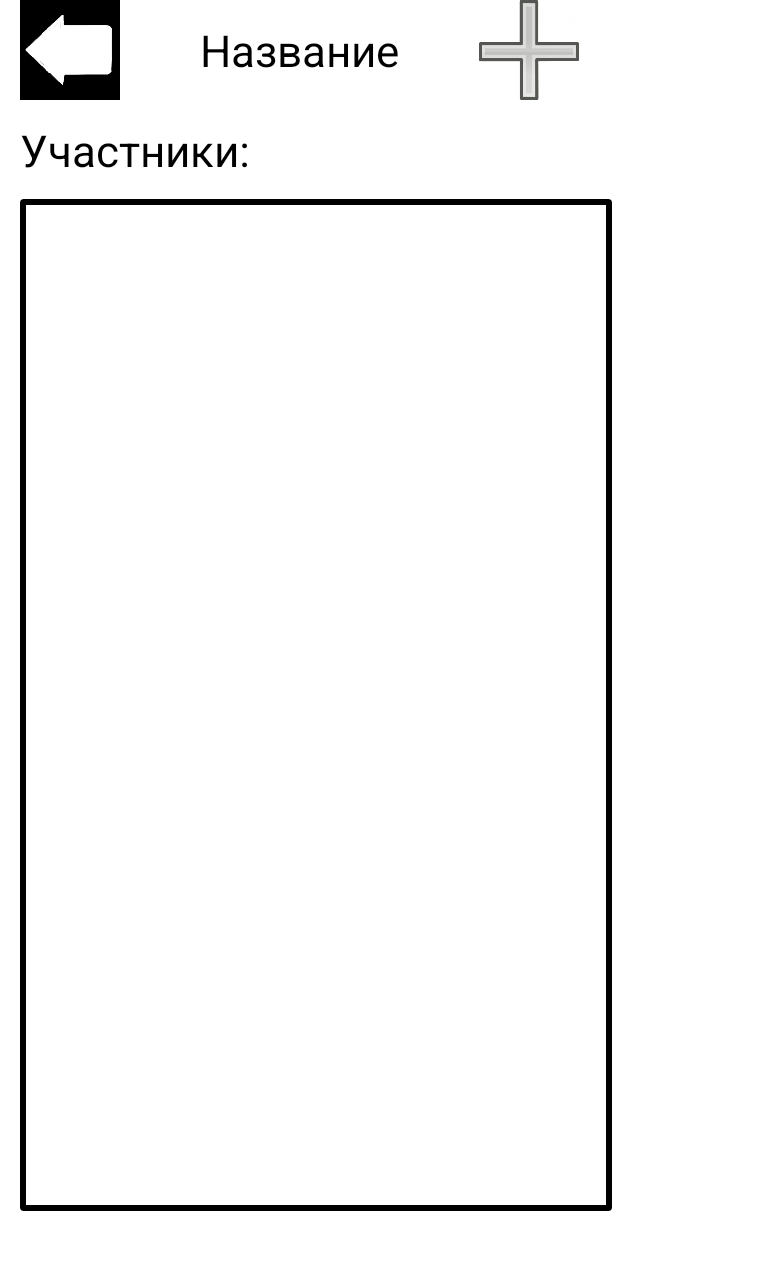
Repository: webguild/RedmineMobile
Layout: Android/RedmineAndroid/res/layout/project_settings_worker.xml
These files come from the project's save history. The layout is drawn as it stood at one moment and after the next save; the edit follows.
It is drawn on a 768 x 1280 px phone screen (xhdpi) without system bars, with theme AppTheme; the app's code is not run. Lists and similar views that code fills are empty.

Above is the layout before, as saved 2013-01-21 14:55:56.

### Android/RedmineAndroid/res/layout/project_settings_worker.xml
<?xml version="1.0" encoding="utf-8"?>
<LinearLayout xmlns:android="http://schemas.android.com/apk/res/android"
    android:layout_width="match_parent"
    android:layout_height="match_parent"
    android:background="#FFF"
    android:orientation="vertical"
    android:paddingLeft="10dp" >

    <LinearLayout
        android:layout_width="match_parent"
        android:layout_height="wrap_content" >

        <Button
            android:id="@+id/button1"
            android:layout_width="50dp"
            android:layout_height="50dp"
            android:background="@drawable/backbutton" />

        <TextView
            android:id="@+id/textView1"
            android:layout_width="wrap_content"
            android:layout_height="wrap_content"
            android:layout_gravity="center"
            android:layout_marginLeft="40dp"
            android:text="Название"
            android:textAppearance="?android:attr/textAppearanceLarge" />

        <Button
            android:id="@+id/button2"
            android:layout_width="50dp"
            android:layout_height="50dp"
            android:layout_gravity="right"
            android:layout_marginLeft="40dp"
            android:background="@drawable/greyplus" />
    </LinearLayout>

    <TextView
        android:id="@+id/textView2"
        android:layout_width="wrap_content"
        android:layout_height="wrap_content"
        android:layout_marginTop="10dp"
        android:text="Участники:"
        android:textAppearance="?android:attr/textAppearanceLarge" />

    <FrameLayout
        android:layout_width="wrap_content"
        android:layout_height="wrap_content"
        android:layout_marginTop="10dp"
        android:background="@drawable/customborder" >

        <ScrollView
            android:layout_width="fill_parent"
            android:layout_height="fill_parent"
            android:background="#fff" >

            <FrameLayout
                android:layout_width="290dp"
                android:layout_height="wrap_content"
                 >

                <ListView
                    android:id="@+id/listView1"
                    android:layout_width="290dp"
                    android:layout_height="500dp"
                    android:background="#fff" >
                </ListView>
            </FrameLayout>
        </ScrollView>

    </FrameLayout>

</LinearLayout>

### Android/RedmineAndroid/res/drawable/customborder.xml
<?xml version="1.0" encoding="utf-8"?>
<shape xmlns:android="http://schemas.android.com/apk/res/android"
    android:shape="rectangle" >
   <corners android:radius="2dp"/>
   <padding android:left="3dp" android:right="3dp" android:top="3dp" android:bottom="3dp"/>
   <solid android:color="#000000"/>


</shape>

Loaded but not shown: Android/RedmineAndroid/res/values/styles.xml (common file); Android/RedmineAndroid/res/values-v11/styles.xml (common file)

After the next save:
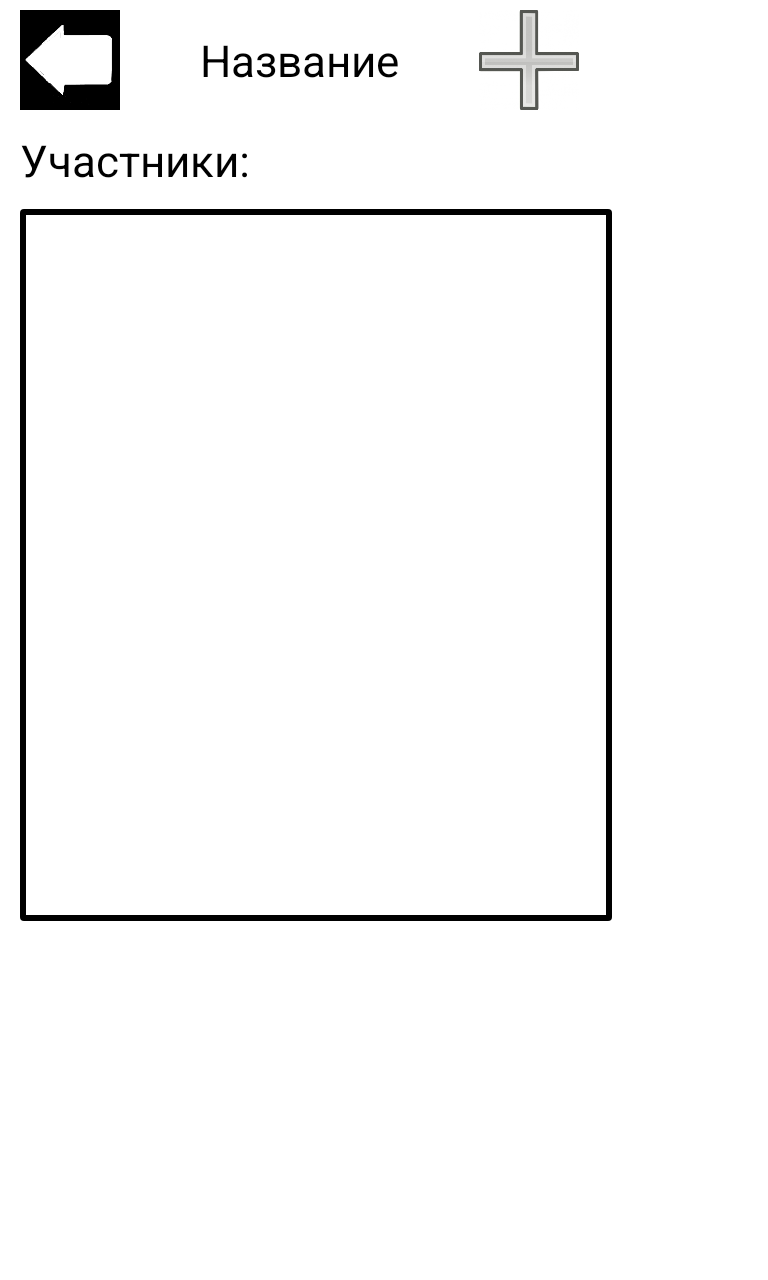
Saved 118 s later.
--- a/Android/RedmineAndroid/res/layout/project_settings_worker.xml
+++ b/Android/RedmineAndroid/res/layout/project_settings_worker.xml
@@ -4,7 +4,8 @@
     android:layout_height="match_parent"
     android:background="#FFF"
     android:orientation="vertical"
-    android:paddingLeft="10dp" >
+    android:paddingLeft="10dp"
+    android:paddingTop="5dp" >
 
     <LinearLayout
         android:layout_width="match_parent"
@@ -61,7 +62,7 @@
                 <ListView
                     android:id="@+id/listView1"
                     android:layout_width="290dp"
-                    android:layout_height="500dp"
+                    android:layout_height="350dp"
                     android:background="#fff" >
                 </ListView>
             </FrameLayout>
